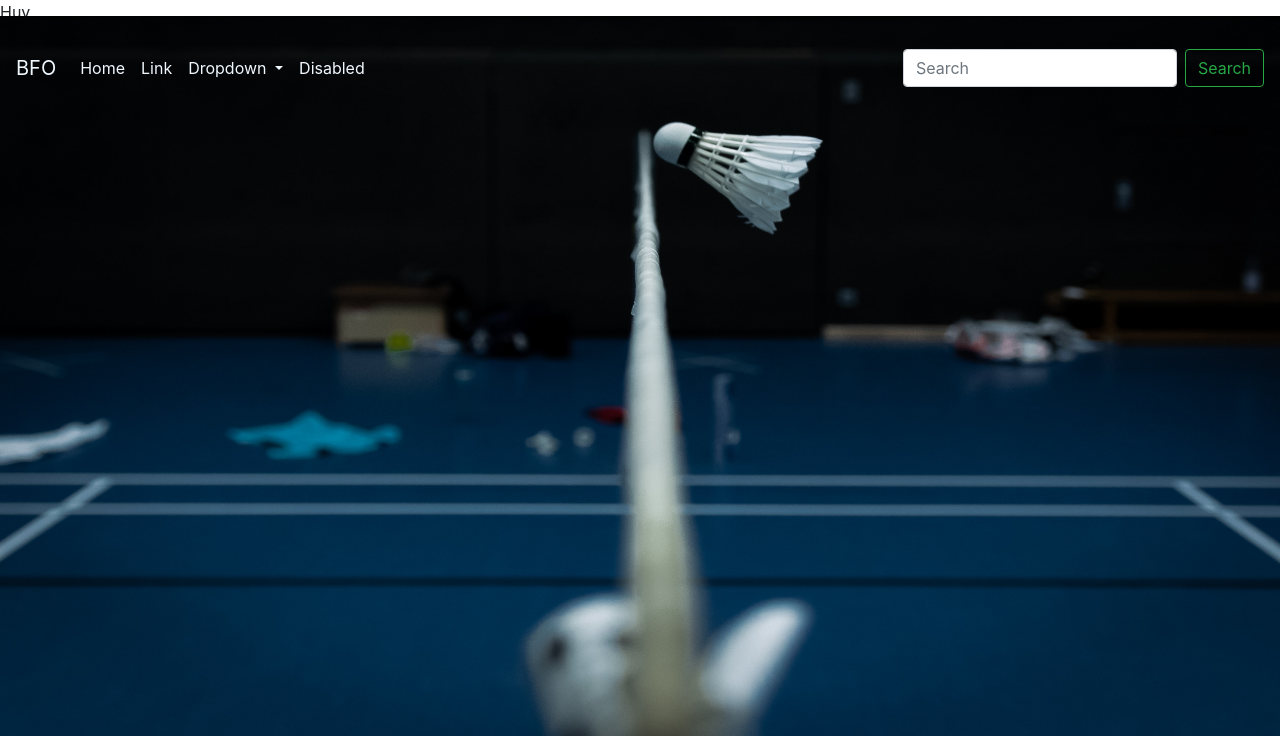
Repository: tsthuy/Badminton
Page: index.html
These files come from the project's save history. The page is drawn as it stood at one moment and after the next save; the edit follows.
The browser window is 1280 px wide. The pictures show the whole page.
Some web libraries are served in a nearby version.

Above is the page before, as saved 2023-10-12 21:59:17.

### index.html
<!DOCTYPE html>
<html lang="en">
<head>
    <meta charset="UTF-8">
    <meta name="viewport" content="width=device-width, initial-scale=1.0">
    <link rel="stylesheet" href="https://cdn.jsdelivr.net/npm/bootstrap@4.0.0/dist/css/bootstrap.min.css" integrity="sha384-Gn5384xqQ1aoWXA+058RXPxPg6fy4IWvTNh0E263XmFcJlSAwiGgFAW/dAiS6JXm" crossorigin="anonymous">
    <link rel="stylesheet" href="main.css">

    <title>Badminton</title>
</head>
<body>
    <div class=""><p>Huy</p></div>
<nav class="navbar navbar-expand-lg navbar-light bg-light " style="background-color: transparent !important;
">
  <a style="color: aliceblue;" class="navbar-brand" href="#">BFO</a>
  <button class="navbar-toggler" type="button" data-toggle="collapse" data-target="#navbarSupportedContent" aria-controls="navbarSupportedContent" aria-expanded="false" aria-label="Toggle navigation">
    <span class="navbar-toggler-icon"></span>
  </button>

  <div class="collapse navbar-collapse" id="navbarSupportedContent">
    <ul class="navbar-nav mr-auto">
      <li class="nav-item active">
        <a style="color: aliceblue;" class="nav-link" href="#">Home <span class="sr-only">(current)</span></a>
      </li>
      <li class="nav-item">
        <a style="color: aliceblue;" class="nav-link" href="#">Link</a>
      </li>
      <li class="nav-item dropdown">
        <a style="color: aliceblue;" class="nav-link dropdown-toggle" href="#" id="navbarDropdown" role="button" data-toggle="dropdown" aria-haspopup="true" aria-expanded="false">
          Dropdown
        </a>
        <div style="color: aliceblue;" class="dropdown-menu" aria-labelledby="navbarDropdown">
          <a class="dropdown-item" href="#">Action</a>
          <a class="dropdown-item" href="#">Another action</a>
          <div class="dropdown-divider"></div>
          <a class="dropdown-item" href="#">Something else here</a>
        </div>
      </li>
      <li class="nav-item">
        <a style="color: aliceblue;" class="nav-link disabled" href="#">Disabled</a>
      </li>
    </ul>
    <form class="form-inline my-2 my-lg-0">
      <input class="form-control mr-sm-2" type="search" placeholder="Search" aria-label="Search">
      <button class="btn btn-outline-success my-2 my-sm-0" type="submit">Search</button>
    </form>
  </div>
</nav>
   <div class="background_cover">

    <img class="bg_img" src="./Image/stephan-rothe-VePgmkq3hHI-unsplash.jpg" alt="" style=" margin-top: -80px; height: 100vh; width: 100%;">
   </div>

</body>

<script src="https://code.jquery.com/jquery-3.2.1.slim.min.js" integrity="sha384-KJ3o2DKtIkvYIK3UENzmM7KCkRr/rE9/Qpg6aAZGJwFDMVNA/GpGFF93hXpG5KkN" crossorigin="anonymous"></script>
<script src="https://cdn.jsdelivr.net/npm/popper.js@1.12.9/dist/umd/popper.min.js" integrity="sha384-ApNbgh9B+Y1QKtv3Rn7W3mgPxhU9K/ScQsAP7hUibX39j7fakFPskvXusvfa0b4Q" crossorigin="anonymous"></script>
<script src="https://cdn.jsdelivr.net/npm/bootstrap@4.0.0/dist/js/bootstrap.min.js" integrity="sha384-JZR6Spejh4U02d8jOt6vLEHfe/JQGiRRSQQxSfFWpi1MquVdAyjUar5+76PVCmYl" crossorigin="anonymous"></script>
    </script>
</html>

Loaded but not shown: main.css (no stored copy; drawn as an empty file)

After the next save:
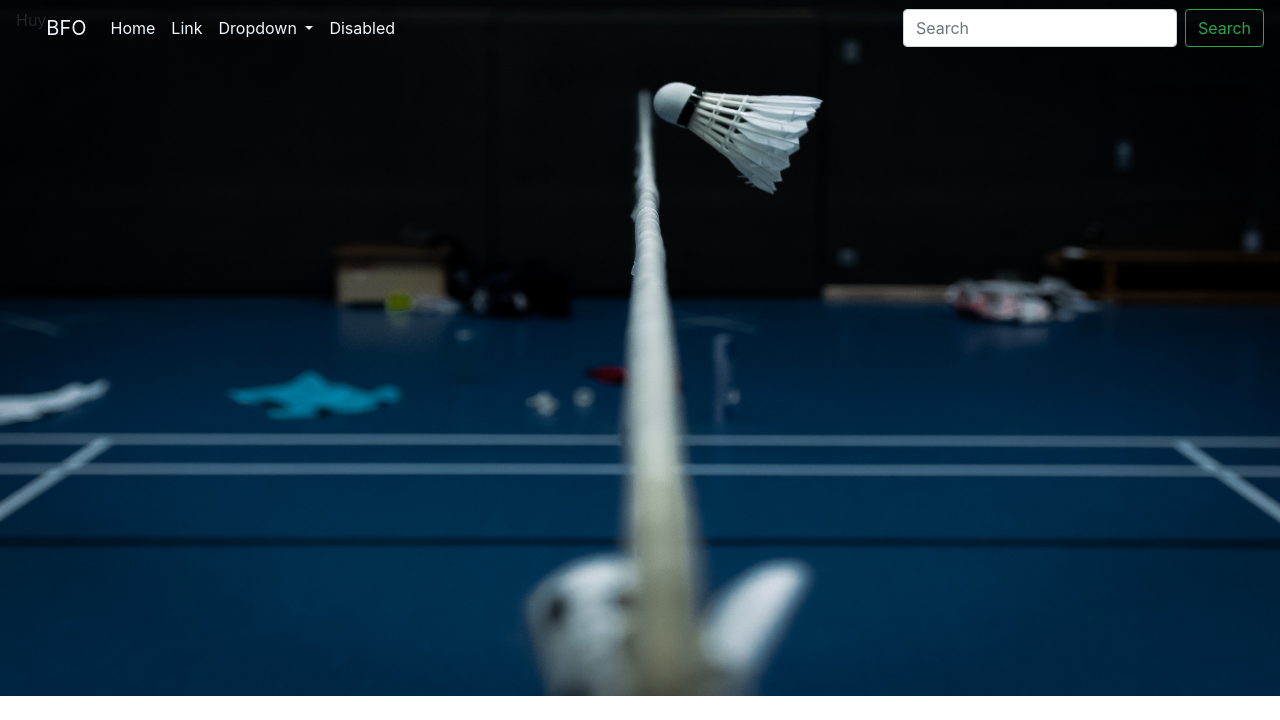
Saved 18 s later.
--- a/index.html
+++ b/index.html
@@ -9,9 +9,10 @@
     <title>Badminton</title>
 </head>
 <body>
-    <div class=""><p>Huy</p></div>
+
 <nav class="navbar navbar-expand-lg navbar-light bg-light " style="background-color: transparent !important;
 ">
+ <div class=""><p>Huy</p></div>
   <a style="color: aliceblue;" class="navbar-brand" href="#">BFO</a>
   <button class="navbar-toggler" type="button" data-toggle="collapse" data-target="#navbarSupportedContent" aria-controls="navbarSupportedContent" aria-expanded="false" aria-label="Toggle navigation">
     <span class="navbar-toggler-icon"></span>
